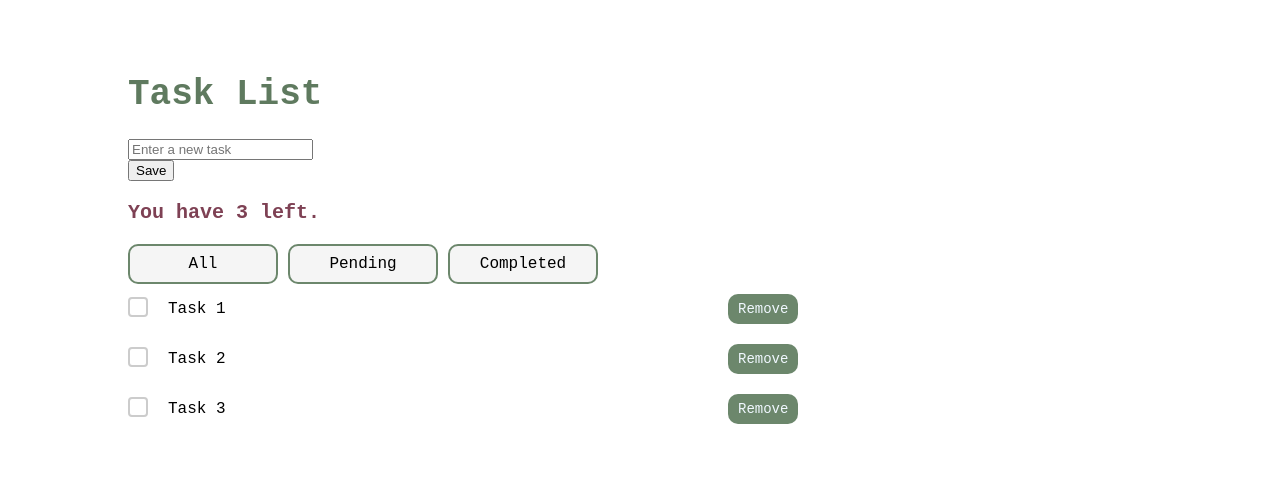
Repository: SandyLy453/task-list
Page: /
These files come from the project's save history. The page is drawn as it stood at one moment and after the next save; the edit follows.
The browser window is 1280 px wide. The pictures show the whole page.
The project was rebuilt for these pictures with package versions that can differ from the ones it lists, and the page was loaded fresh each time. Also part of the build but not shown: vite.config.js.

Above is the page before, as saved 2024-10-25 18:26:11.

After the next save:
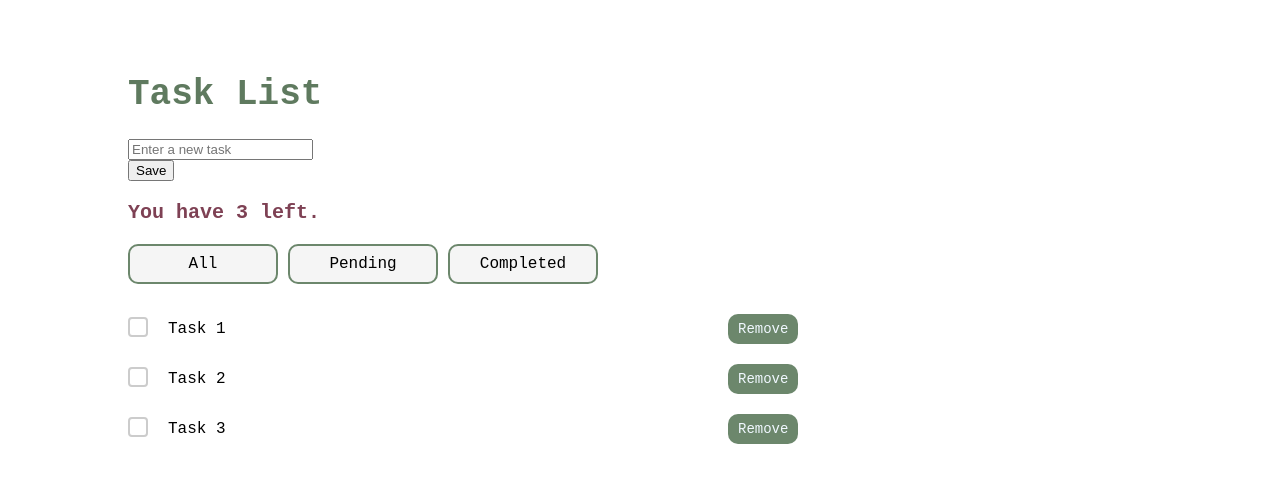
Saved 20 s later.
--- a/src/index.css
+++ b/src/index.css
@@ -36,6 +36,7 @@
   display: flex;
   flex-direction: row;
   gap: 10px;
+  margin-bottom: 20px;
 }
 
 .filter-btn {
